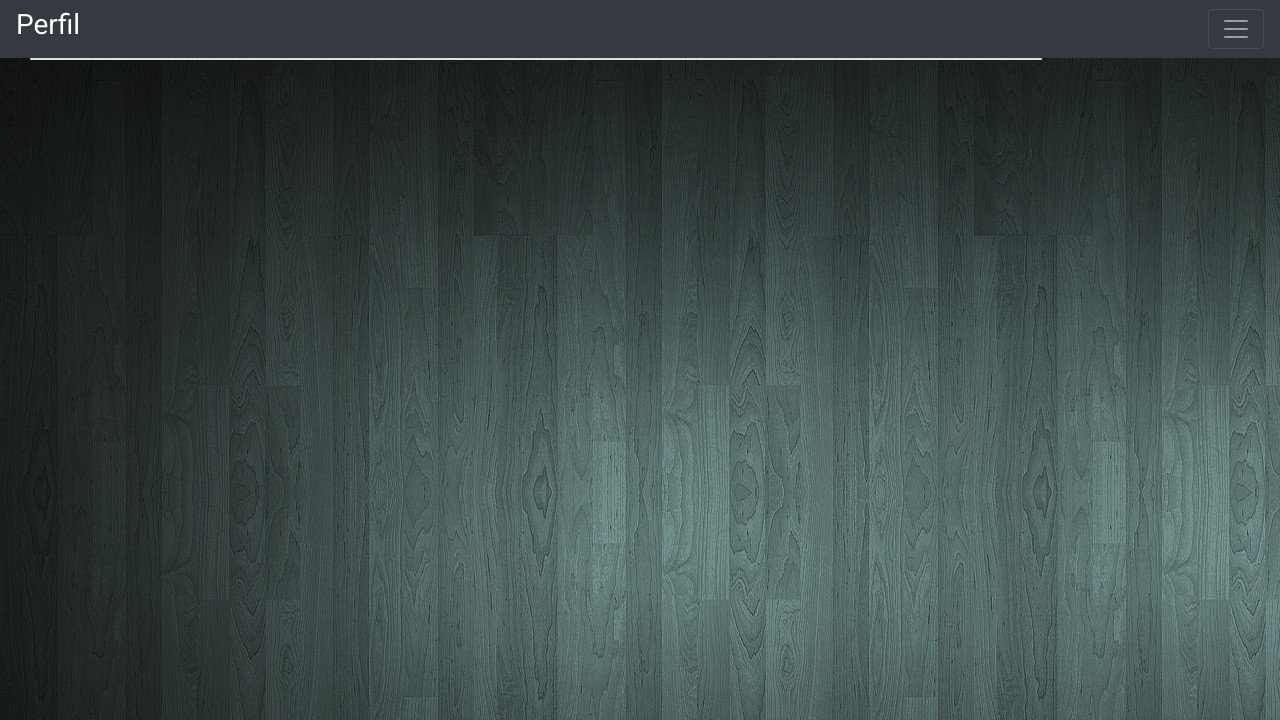
Repository: UncEmerson/UncEmerson
Page: index.html
These files come from the project's save history. The page is drawn as it stood at one moment and after a run of saves; the edit follows.
The browser window is 1280 px wide. The pictures show the whole page.

Above is the page before, as saved 2019-06-12 00:36:44.

### index.html
<!DOCTYPE html>
<html lang="en">

<head>
    <meta charset="UTF-8">
    <meta name="viewport" content="width=device-width, initial-scale=1.0">
    <meta http-equiv="X-UA-Compatible" content="ie=edge">
    <title>Inicio</title>

    <link rel="stylesheet" href="bower_components/bootstrap/css/bootstrap.min.css">
    <link href="https://fonts.googleapis.com/css?family=Roboto&display=swap" rel="stylesheet">
    <link href="https://fonts.googleapis.com/icon?family=Material+Icons" rel="stylesheet">
    <link rel="stylesheet" href="style.css">

</head>

<body class="fondo1">
    <header>
        <div class="pos-f-t">
            <div class="collapse" id="navbarToggleExternalContent">
                <div class="bg-dark p-4">
                    <div class="col-md-12">
                        <div class="row  text-white text-center">
                            <div class="col-md-8">
                                <div class="row">
                                    <div class="col-md-4">
                                        <div class="card-transparent">
                                            <a href="" class="btn text-white">
                                                <i class="medium material-icons">person</i><br> Perfil
                                            </a>
                                        </div>
                                    </div>
                                    <div class="col-md-4">
                                        <div class="card-transparent">
                                            <a href="" class="btn text-white">
                                                <i class="medium material-icons">people</i><br> Contactos
                                            </a>
                                        </div>
                                    </div>
                                    <div class="col-md-4">
                                        <div class="card-transparent">
                                            <a href="" class="btn text-white">
                                                <i class="medium material-icons">burst_mode</i><br> Lugares Turísticos
                                            </a>
                                        </div>
                                    </div>
                                </div>
                            </div>
                            <div class="col-md-4">
                                <div class="card-transparent">
                                    <div class="card-body">
                                        social
                                    </div>
                                </div>
                            </div>
                        </div>
                    </div>
                </div>
            </div>
            <nav class="navbar navbar-dark bg-dark ">
                <h3 class="text-white">Perfil</h3>
                <button class="navbar-toggler" type="button" data-toggle="collapse" data-target="#navbarToggleExternalContent" aria-controls="navbarToggleExternalContent" aria-expanded="false" aria-label="Toggle navigation">
                        <span class="navbar-toggler-icon"></span>
                      </button>
            </nav>
        </div>
    </header>

    <section class="col-md-12 justify-content-center">
        <article class="col-md-10">
            <article class="card">

            </article>
        </article>
    </section>


</body>
<script src="bower_components/jquery/dist/jquery.slim.min.js"></script>
<script src="bower_components/bootstrap/js/bootstrap.min.js"></script>

</html>

### style.css
* {
    font-family: 'Roboto', sans-serif;
}

.fondo1 {
    background: url(images/fondo1.jpg)
}

.medium {
    font-size: 4rem
}

Loaded but not shown: bower_components/bootstrap/css/bootstrap.min.css (library); bower_components/jquery/dist/jquery.slim.min.js (library); bower_components/bootstrap/js/bootstrap.min.js (library)

After the next 2 saves:
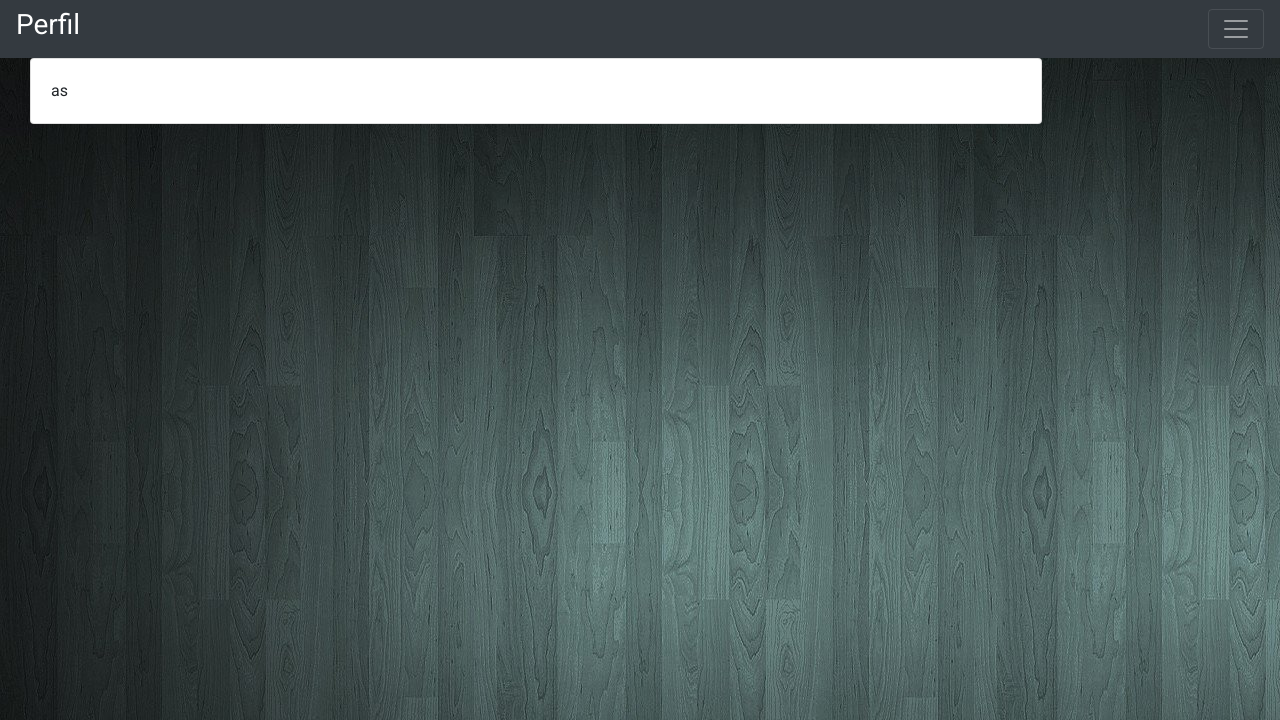
The 2 saves are shown as one change because they came seconds apart.
The last was saved 24 s later.
--- a/index.html
+++ b/index.html
@@ -69,7 +69,9 @@
     <section class="col-md-12 justify-content-center">
         <article class="col-md-10">
             <article class="card">
-
+                <article class="card-body">
+                    as
+                </article>
             </article>
         </article>
     </section>
